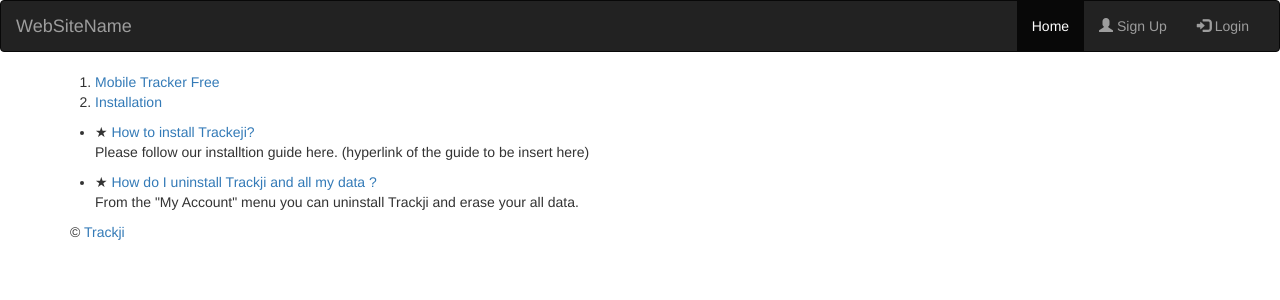
Repository: prathmeshgodbole/Web_Development
Page: Mobile_tracker/Installation.html
An editor plug-in stored every save of this project. The page is shown before and after the next save, followed by the edit.
The browser window is 1280 px wide. The pictures show the whole page.

Above is the page before, as saved 2020-03-08 17:42:20.

After the next save:
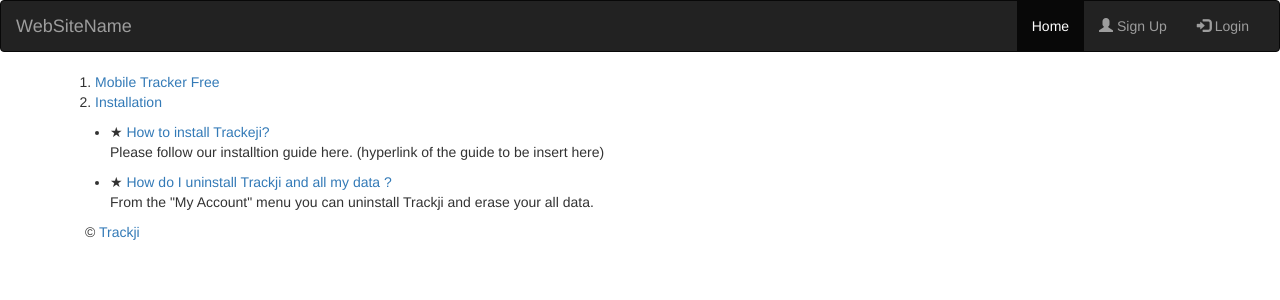
Saved 61 s later.
--- a/Mobile_tracker/Installation.html
+++ b/Mobile_tracker/Installation.html
@@ -44,43 +44,41 @@
                         <ol class="breadcrumbs">
 
                             <li title="Mobile Tracker Free">
-
                                 <a href="/hc/en-us">Mobile Tracker Free</a>
-
                             </li>
 
                             <li title="Installation">
-
                                 <a href="/hc/en-us/sections/360001124694-Installation">Installation</a>
-
                             </li>
 
                         </ol>
+                    </div>
+                </div>
 
 
 
-                        <ul class="article-list">
+                <ul class="article-list">
 
-                            <li class="article-promoted">
-                                <span data-title="Promoted article">★</span>
-                                <a href="">How to install Trackeji?</a>
-                                <p>Please follow our installtion guide here. (hyperlink of the guide to be insert here)</p>
-                            </li>
+                    <li class="article-promoted">
+                        <span data-title="Promoted article">★</span>
+                        <a href="">How to install Trackeji?</a>
+                        <p>Please follow our installtion guide here. (hyperlink of the guide to be insert here)</p>
+                    </li>
 
-                            <li class="article-promoted">
-                                <span data-title="Promoted article">★</span>
-                                <a href="">How do I uninstall Trackji and all my data ?</a>
-                                <p>From the "My Account" menu you can uninstall Trackji and erase your all data.</p>
-                            </li>
+                    <li class="article-promoted">
+                        <span data-title="Promoted article">★</span>
+                        <a href="">How do I uninstall Trackji and all my data ?</a>
+                        <p>From the "My Account" menu you can uninstall Trackji and erase your all data.</p>
+                    </li>
 
-                        </ul>
+                </ul>
 
-                        <!--/.container-->
-                        <footer class="footer container">
-                            <div class="container-inner">
-                                <p class="copyright">&copy; <a href=>Trackji</a></p>
-                            </div>
-                        </footer>
+                <!--/.container-->
+                <footer class="footer container">
+                    <div class="container-inner">
+                        <p class="copyright">&copy; <a href=>Trackji</a></p>
+                    </div>
+                </footer>
 
 
 
